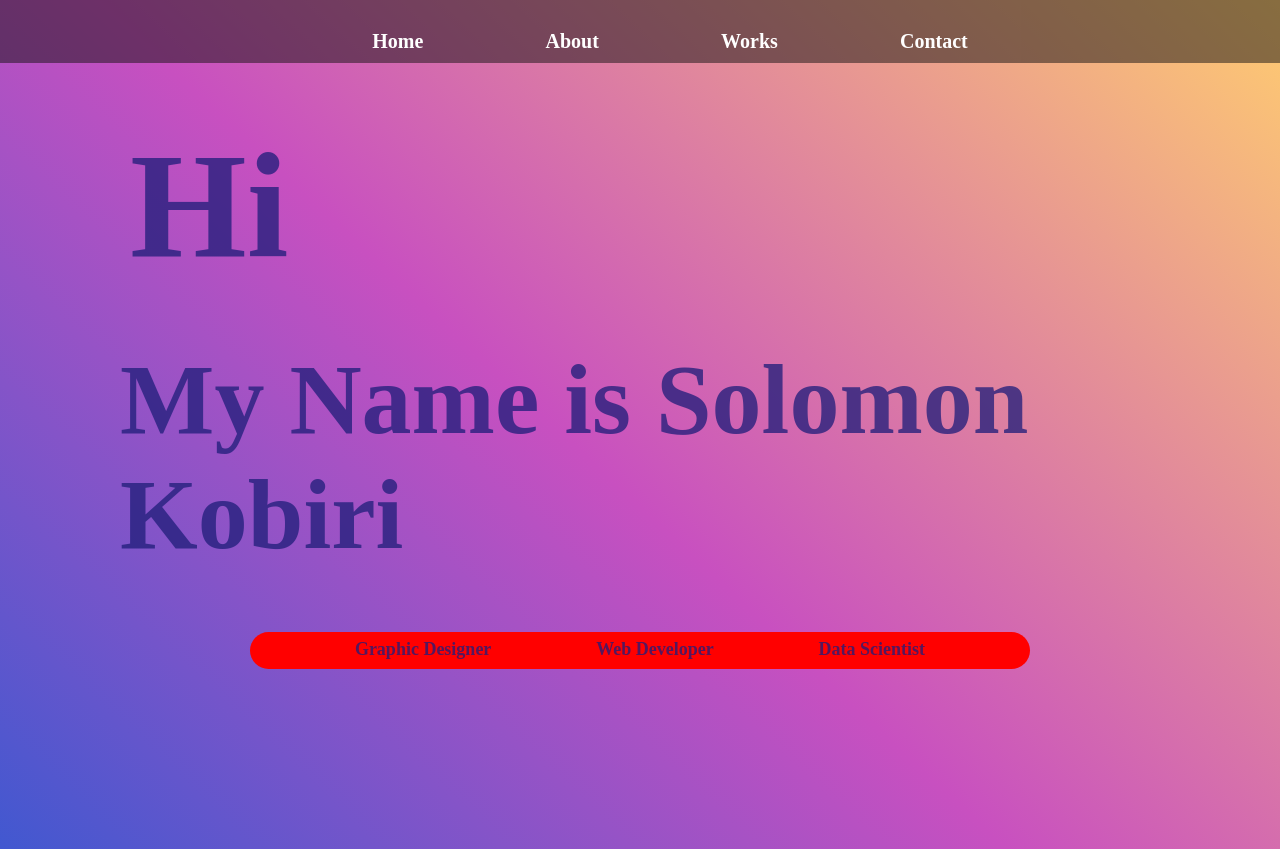
Repository: Kwabena-Kobiri/yellocoders
Page: index.html
These files come from the project's save history. The page is drawn as it stood at one moment and after the next save; the edit follows.
The browser window is 1280 px wide. The pictures show the whole page.

Above is the page before, as saved 2021-05-07 15:32:06.

After the next save:
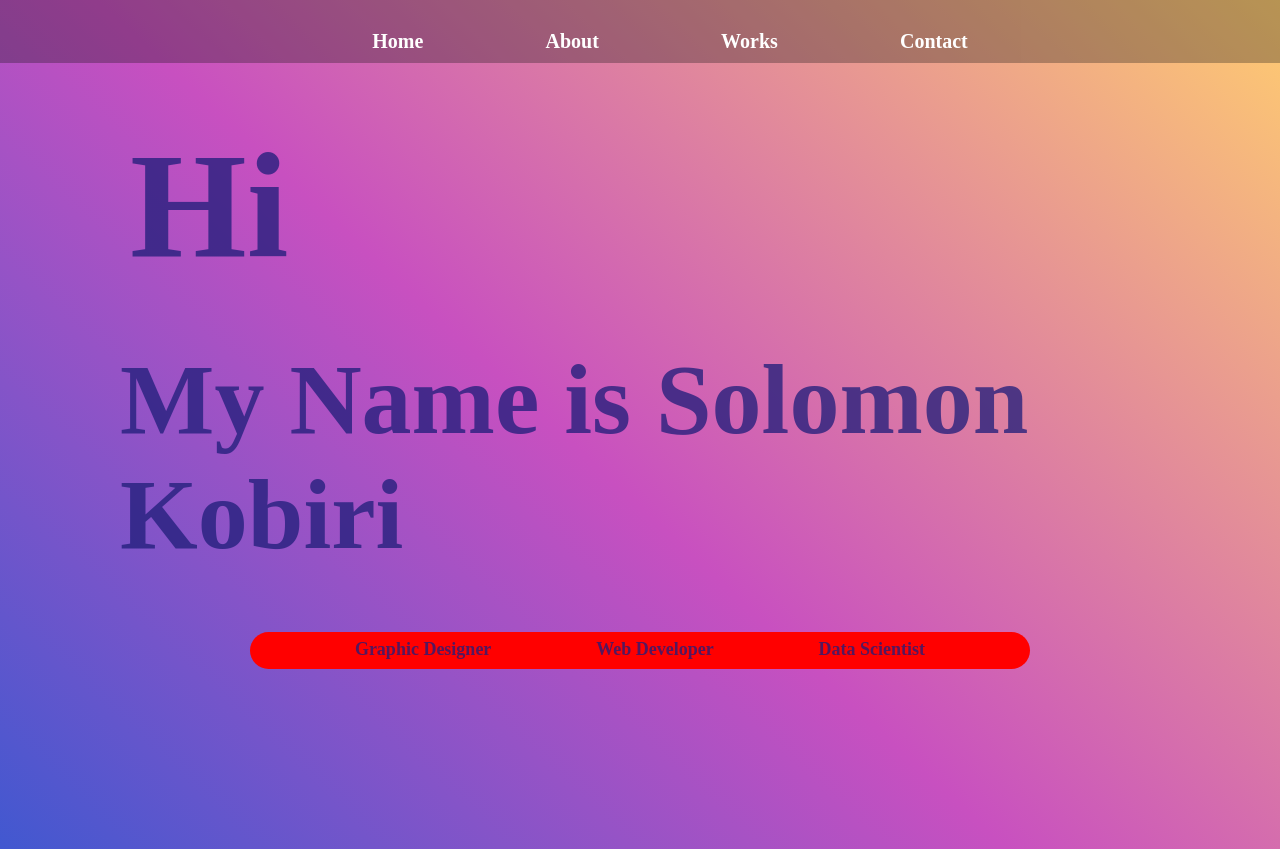
Saved 5 min 1 s later.
--- a/index.css
+++ b/index.css
@@ -5,7 +5,7 @@
 
 /* HEADER STYLING STARTS HERE */
 #header {
-    background-color: rgba(19, 17, 17, 0.5);
+    background-color: rgba(19, 17, 17, 0.3);
     justify-content: center;
     padding: 10px;
     width: 100%;
